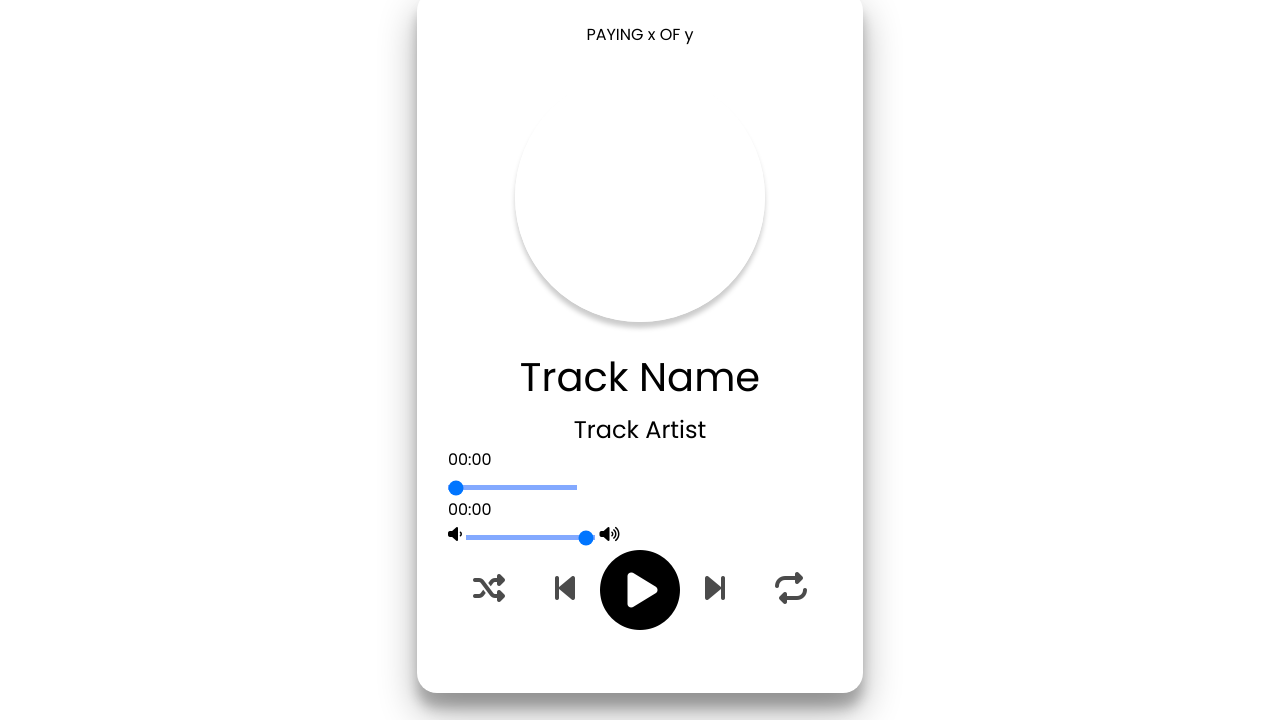
Repository: NguyenVietPhuQuy/Javascript-AudioPlayer
Page: index.html
The author's editor kept a copy of each file at every save. The page is drawn from the files as they stood at one save, then again after the next save.
The browser window is 1280 px wide. The pictures show the whole page.

Above is the page before, as saved 2022-11-09 08:43:00.

After the next save:
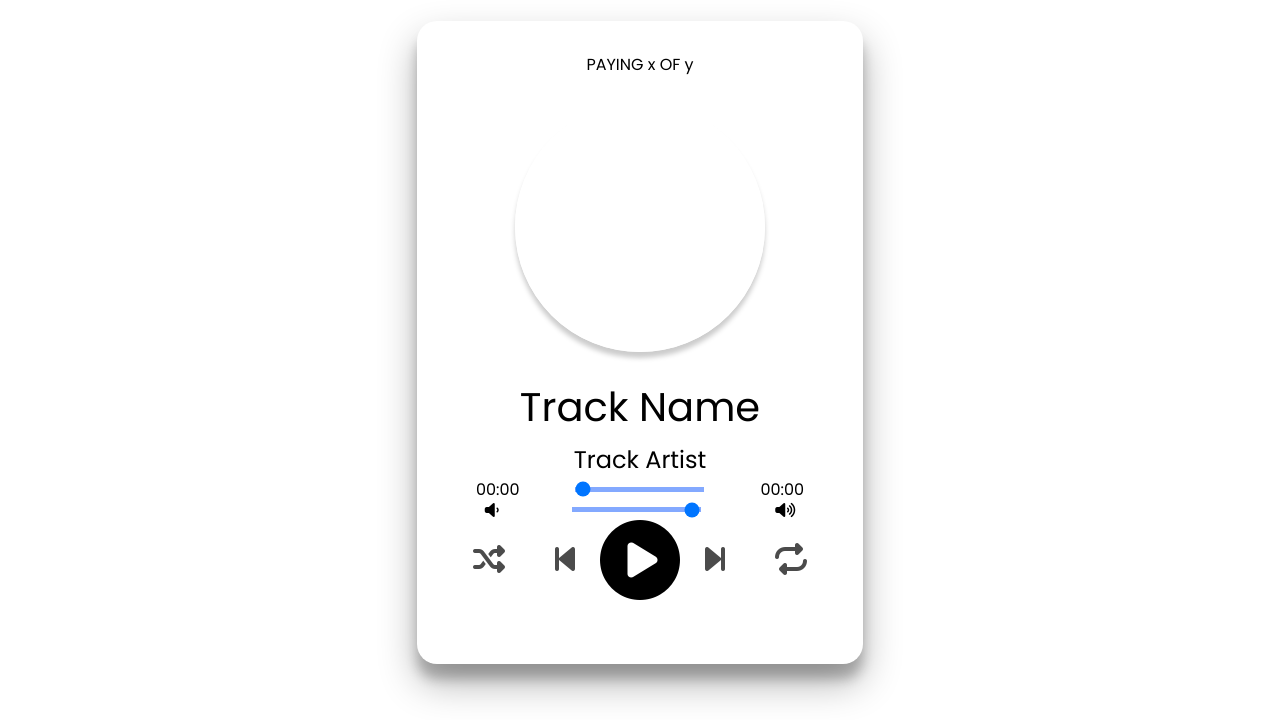
Saved 32 s later.
--- a/index.css
+++ b/index.css
@@ -74,7 +74,9 @@ img{
     opacity: 1;
 }
 .slider_container{
-
+    display: flex;
+    justify-content: center;
+    align-items: center;
 }
 .seek_slider,
 .volume_slider{
